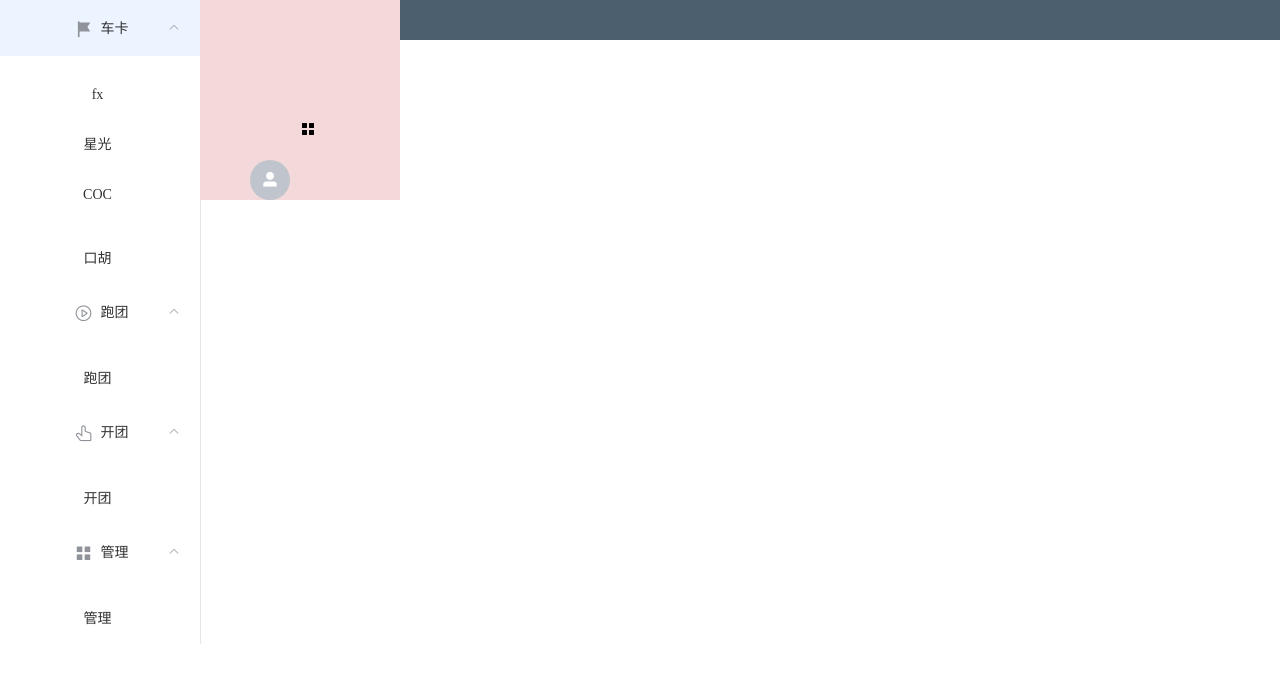
Repository: redlout/ptgkd
Page: /
The author's editor kept a copy of each file at every save. The page is drawn from the files as they stood at one save, then again after the next save.
The browser window is 1280 px wide. The pictures show the whole page.
The project was rebuilt for these pictures with package versions that can differ from the ones it lists, and the page was loaded fresh each time. Also part of the build but not shown: src/mock/mock.js, src/views/Login.vue, src/components/SvgIcon/index.vue.

Above is the page before, as saved 2019-09-02 21:46:19.

After the next save:
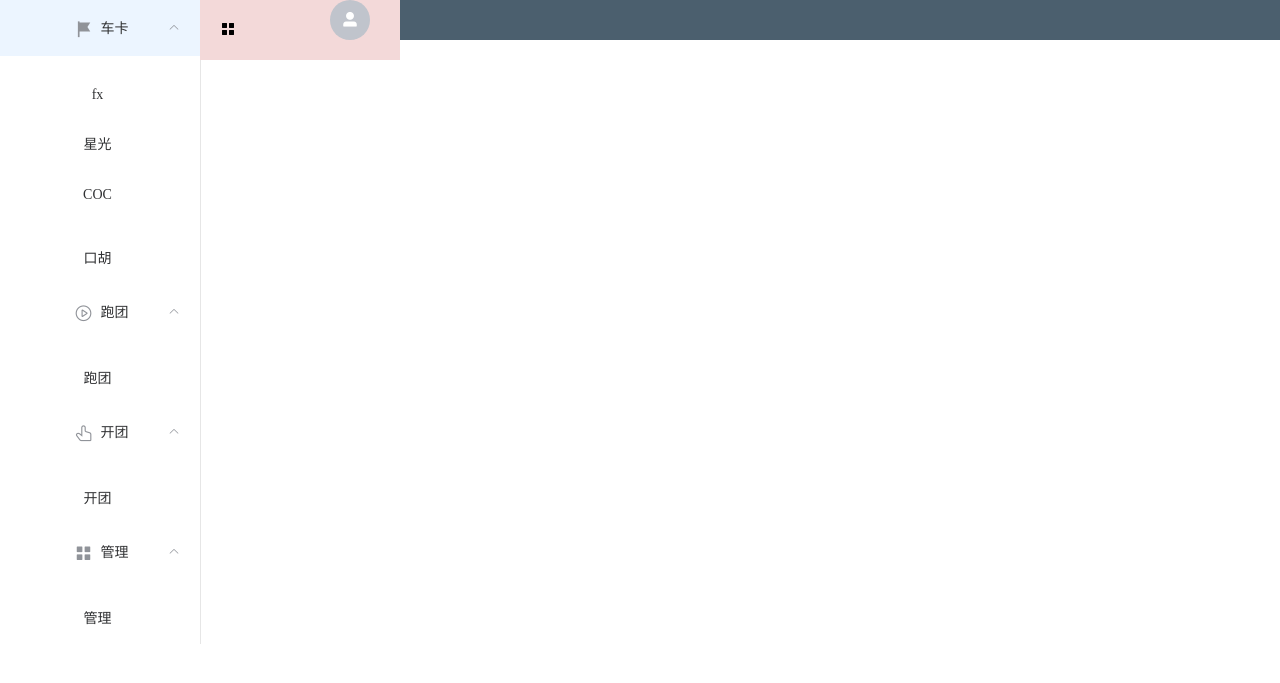
Saved 22 s later.
--- a/src/components/HeadBar/index.vue
+++ b/src/components/HeadBar/index.vue
@@ -42,7 +42,7 @@ export default {
   right: 0px;
   height: 60px;
   line-height: 60px;
-  padding: 100px;
+  border: 100px;
   // margin-right: 10%;
   .collapse-switcher {
     width: 40px;
